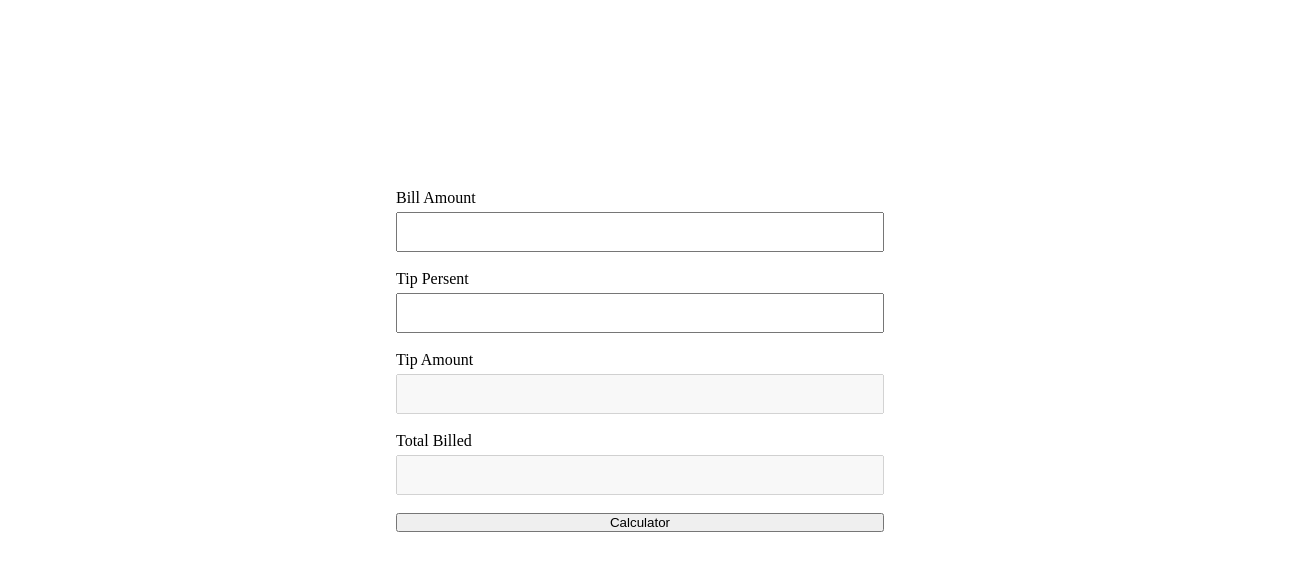
Repository: ZainAkbar51214/Tip-Calculator
Page: index.html
An editor plug-in stored every save of this project. The page is shown before and after the next save, followed by the edit.
The browser window is 1280 px wide. The page is 1300 px wide, so the pictures cover 1300 px, including what lies to the right of the window. The pictures show the whole page.
The style sheet was rebuilt from its Sass, Less or Tailwind sources for each picture, by a compiler version that may differ from the author's.

Above is the page before, as saved 2024-03-25 10:06:16.

After the next save:
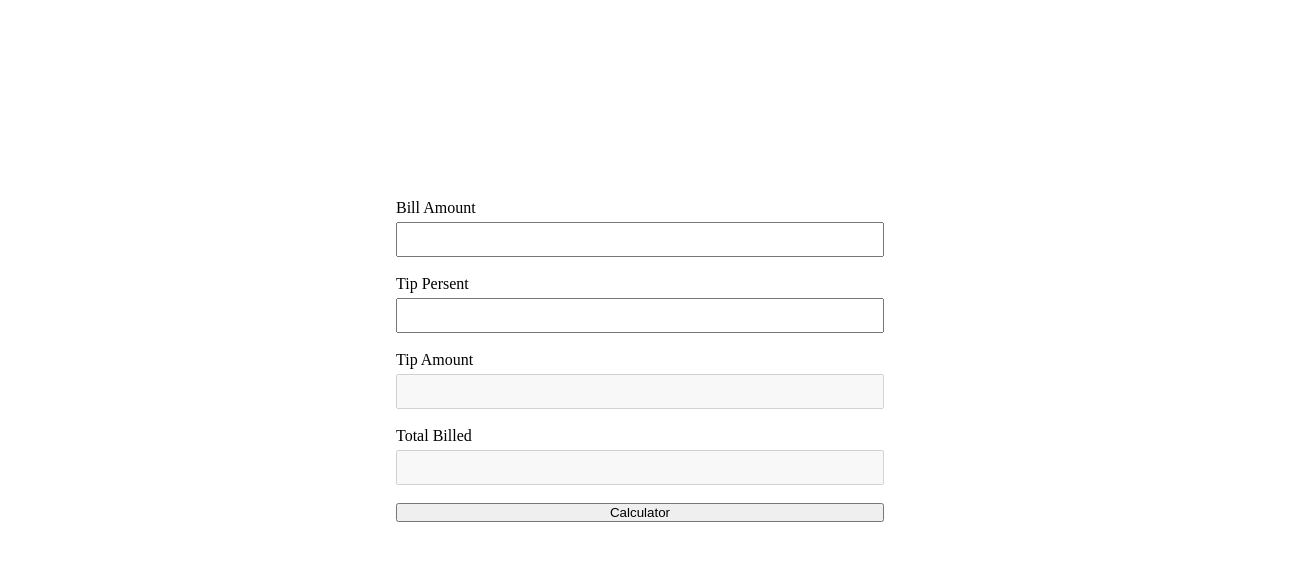
Saved 4 s later.
--- a/css/style.scss
+++ b/css/style.scss
@@ -30,7 +30,7 @@
                 }
 
                 input{
-                    height: 40px;
+                    height: 35px;
                 }
             }
         }
